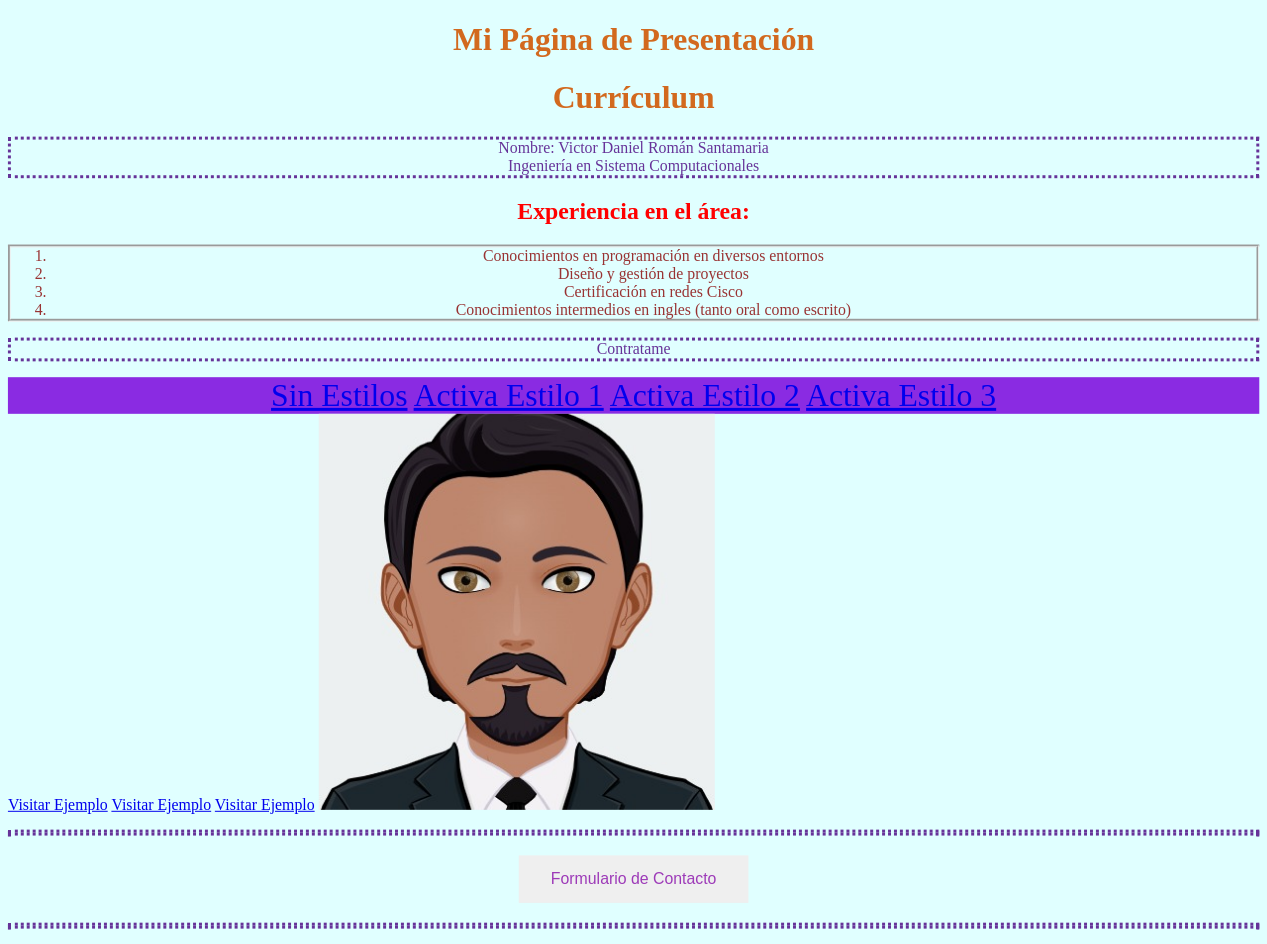
Repository: UVMCoyoacan/VEFY
Page: INDEXVIC.html
These files come from the project's save history. The page is drawn as it stood at one moment and after the next save; the edit follows.
The browser window is 1280 px wide. The pictures show the whole page, at 99% of full size.

Above is the page before, as saved 2024-02-28 21:22:09.

After the next save:
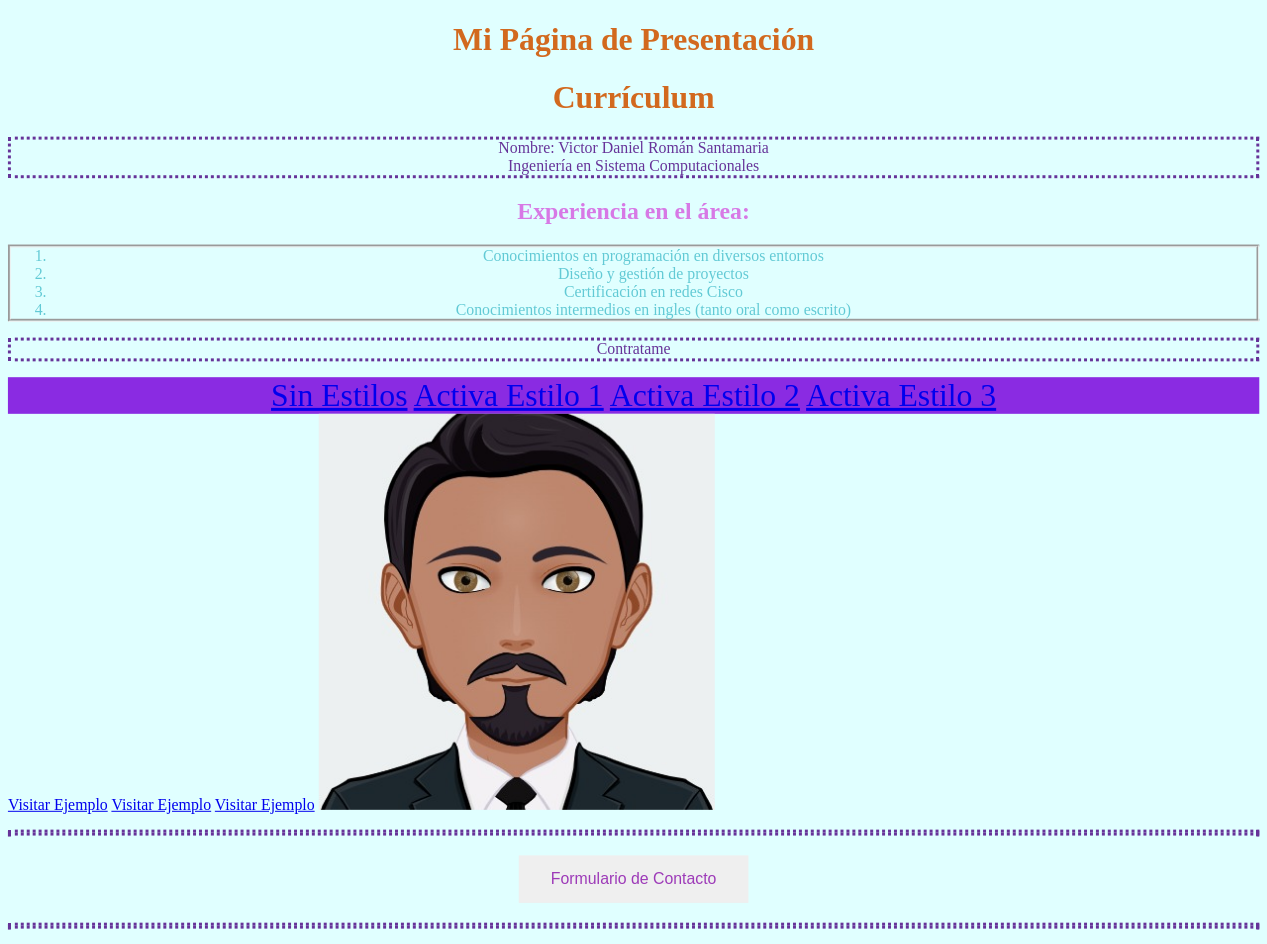
Saved 41 s later.
--- a/estilo3.css
+++ b/estilo3.css
@@ -11,19 +11,19 @@ p{
 
 ol{
     text-align: center;
-    color:rgb(153, 51, 51);
+    color:rgb(98, 202, 213);
     border-style: groove;
 
 }
 
 ul{
     text-align: center;
-    color: crimson;
+    color: rgb(233, 104, 130);
     border-style: ridge;
 }
 
 h2{
-    color: red ;
+    color: rgb(215, 121, 229) ;
     text-align: center;
     border-style: mix;
 }
